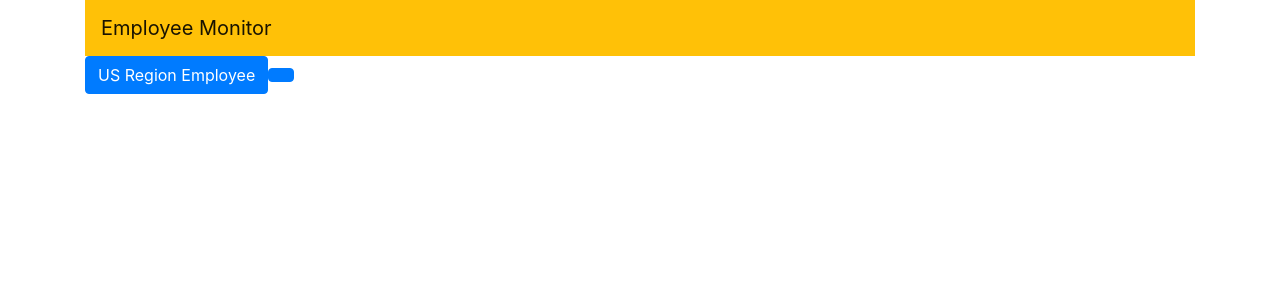
Repository: ward438/Employee_Monitor
Page: / (app in my-app/)
An editor plug-in stored every save of this project. The page is shown before and after the next save, followed by the edit.
The browser window is 1280 px wide. The pictures show the whole page.
The page's requests for data from a server got no answer. The project was rebuilt for these pictures with package versions that can differ from the ones it lists, and the page was loaded fresh each time. No one was signed in, and anything a server would have sent is missing. Also part of the build but not shown: my-app/src/App.css, my-app/src/components/card.js.

Above is the page before, as saved 2021-06-12 16:51:08.

### my-app/src/App.js

import './App.css';

import { Button } from 'react-bootstrap';
import React, { useState, component, useReducer, useEffect } from 'react';
import axios from 'axios';
import Card from './components/card';
import Filter from './components/filter';
import {Navbar, Container} from 'react-bootstrap';



function App() {
  const [employees, setEmployeesState] = useState({
    results: [],
    info: {}
  })


  const getEmployees = () => {
  return axios.get(`https://randomuser.me/api/?results=100`)
      .then(response => {
        setEmployeesState(response.data);
      })
  }

  const filteredEmployees = () => {
    return axios.get(`https://randomuser.me/api/?nat=US`)
    .then(response => {
      return response.data;

    })
  }


  useEffect(() => {
    getEmployees();
  }, [])

  return (
    <div>
      <Container>
        <Navbar expand="lg" variant="light" bg="warning">
        <Navbar.Brand href="#">Employee Monitor</Navbar.Brand>
        </Navbar>
        <Button onClick={() => {
        filteredEmployees().then(employees=>{
          setEmployeesState(employees);
        });
      }}>US Region Employee</Button>
      <Button onClick={() => {
        getEmployees().then(employees=>{
          setEmployeesState(employees)
        })
      }}></Button>
      {employees.results.map(employee => <Card key={employee.name} employee={employee} setEmployeesState={setEmployeesState}/>)}


      </Container>



    </div>
  );

};

export default App;

### my-app/src/components/filter.js

import '../App.css';
import React from 'react';


function Filter(props) {
    console.log('filter test')
  };

  export default Filter;

Loaded but not shown: my-app/public/index.html (common file); my-app/src/index.js (common file); my-app/src/index.css (common file); my-app/src/reportWebVitals.js (common file)

After the next save:
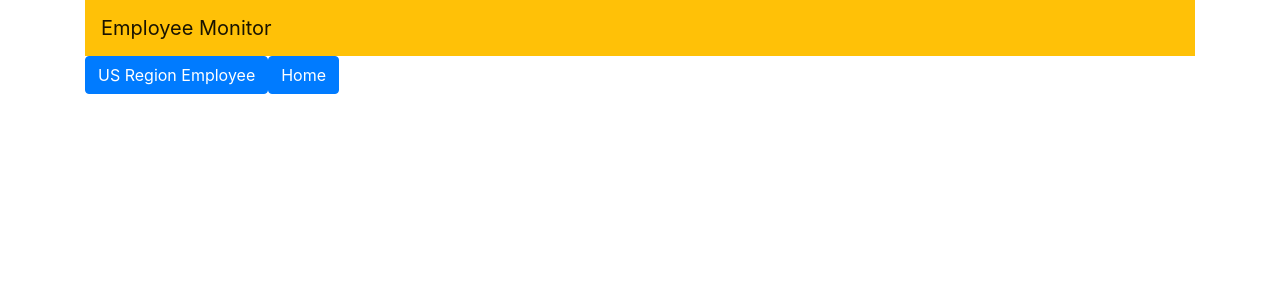
Saved 9 s later.
--- a/my-app/src/App.js
+++ b/my-app/src/App.js
@@ -52,7 +52,7 @@ function App() {
         getEmployees().then(employees=>{
           setEmployeesState(employees)
         })
-      }}></Button>
+      }}>Home</Button>
       {employees.results.map(employee => <Card key={employee.name} employee={employee} setEmployeesState={setEmployeesState}/>)}
 
 
